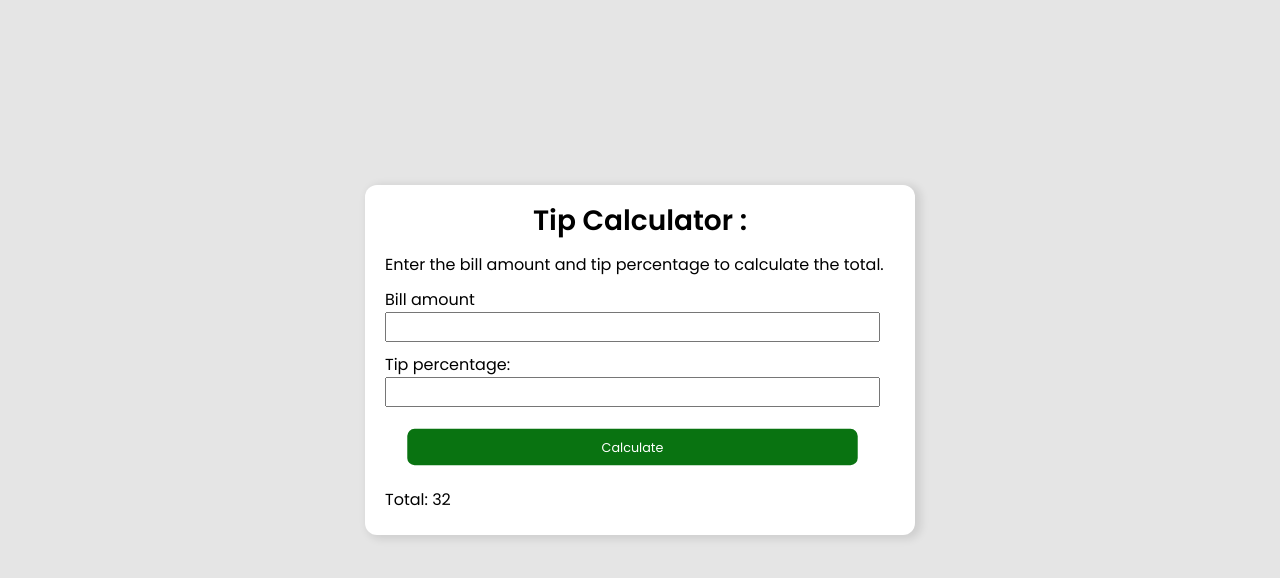
Repository: Ankitkr2021/Tip-Calculator
Page: index.html
An editor plug-in stored every save of this project. The page is shown before and after the next save, followed by the edit.
The browser window is 1280 px wide. The pictures show the whole page.
The first visible `button` is being pressed.

Above is the page before, as saved 2025-10-27 11:02:50.

After the next save:
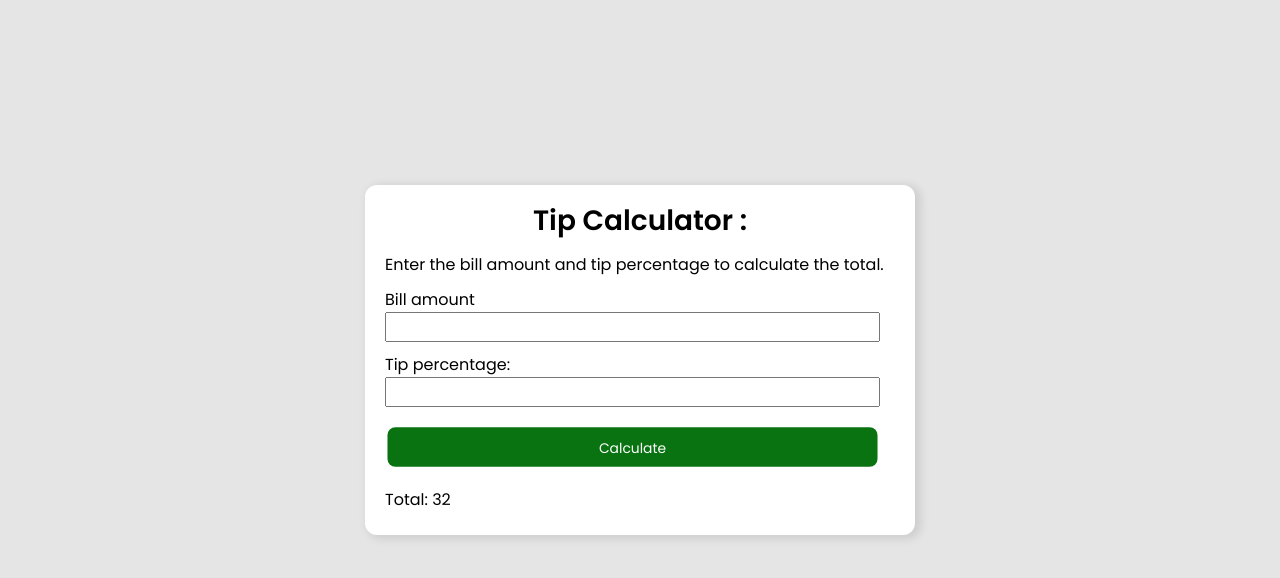
Saved 7 s later.
--- a/style.css
+++ b/style.css
@@ -60,7 +60,7 @@ button {
 }
 
 button:active{
-    transform: scale(0.91);
+    transform: scale(0.99);
     background: rgb(9,115,17);
 }
 
